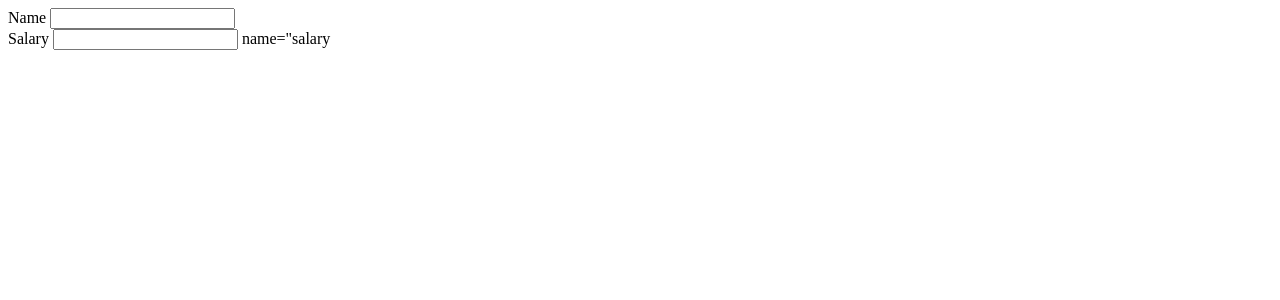
Repository: balinenibhanuprakash444/projects-All-Phases
Page: http://localhost/SpringBootWithJSPAndJPA/addEmployee.jsp
These files come from the project's save history. The page is drawn as it stood at one moment and after the next save; the edit follows.
The browser window is 1280 px wide. The pictures show the whole page.
The page is served by Tomcat 9.

Above is the page before, as saved 2022-03-24 07:01:41.

After the next save:
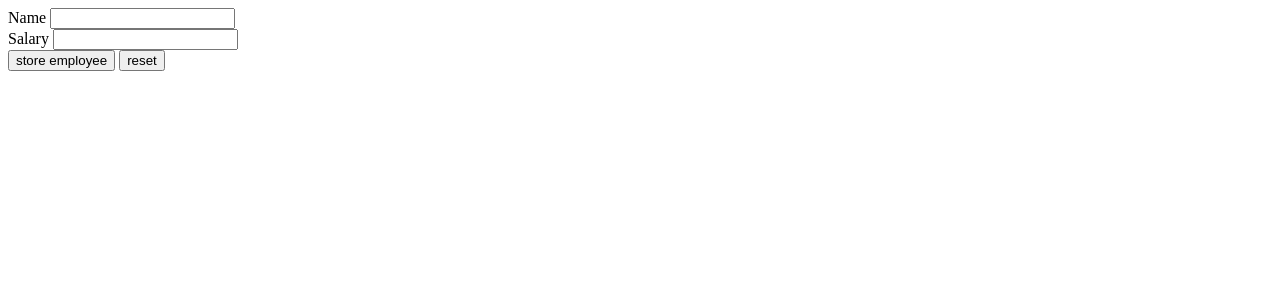
Saved 47 s later.
--- a/SpringFrameWorks/SpringBootWithJSPAndJPA/src/main/webapp/addEmployee.jsp
+++ b/SpringFrameWorks/SpringBootWithJSPAndJPA/src/main/webapp/addEmployee.jsp
@@ -11,7 +11,9 @@
 <label>Name</label>
 <input type="text" name="name"><br/>
 <label>Salary</label>
-<input type="text"> name="salary
+<input type="text" name="salary"><br/>
+<input type="submit" value="store employee">
+<input type="reset" value="reset">
 
 </form>
 </body>
